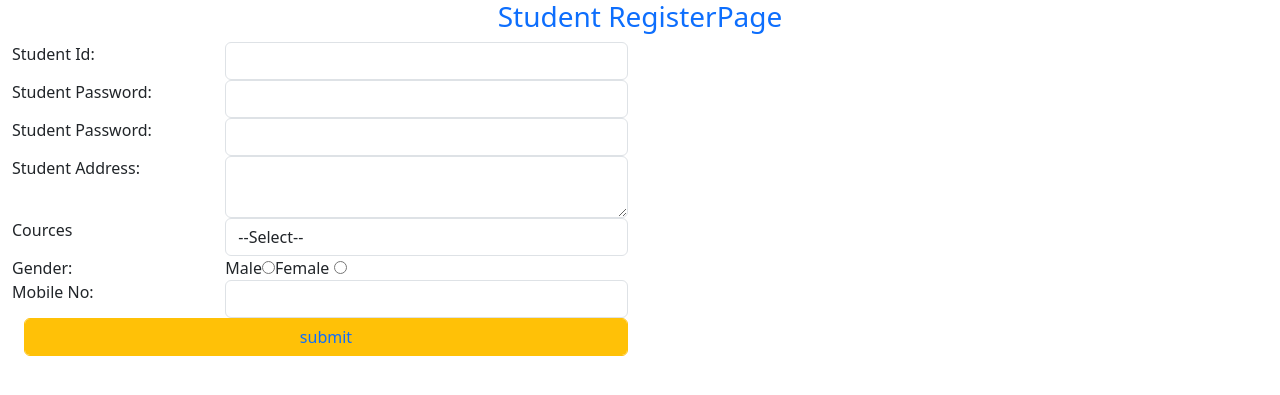
Repository: speaktwojitendra/WareHouseApp
Page: http://localhost/StudentRegister
An editor plug-in stored every save of this project. The page is shown before and after the next save, followed by the edit.
The browser window is 1280 px wide. The pictures show the whole page.
The page is this project's Thymeleaf template; nobody is signed in. The template is opened directly, without the code that normally fills it, so the values that code supplies are empty.

Above is the page before, as saved 2026-01-11 11:15:37.

After the next save:
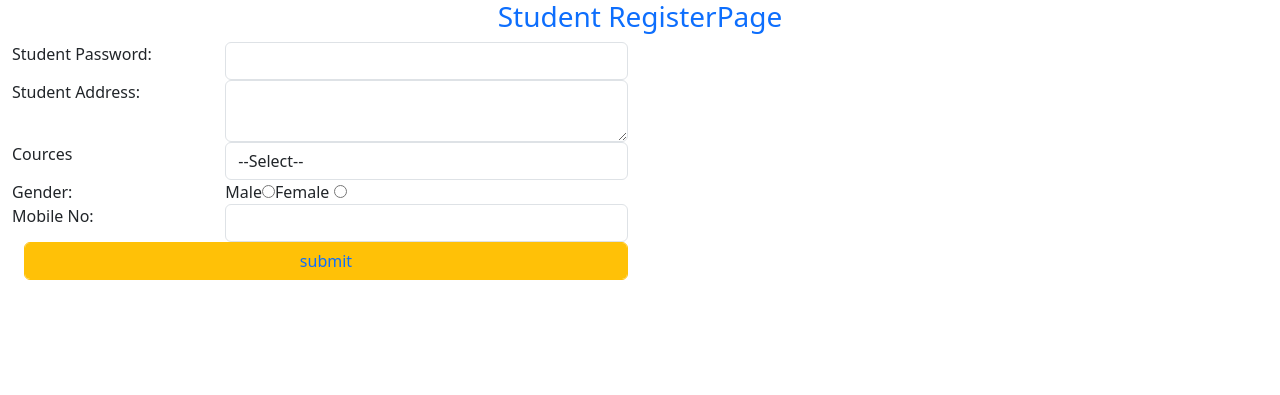
Saved 84 s later.
--- a/student1App/src/main/resources/templates/StudentRegister.html
+++ b/student1App/src/main/resources/templates/StudentRegister.html
@@ -13,12 +13,7 @@
 
 <form action="/student/save" method="post">
 
-<div class="row">
-<div class="col-2">Student Id:</div>
-<div class="col-4"> <input type="text" name="id" class="form-control">  </div>
-<div class="col-6" id="iderr"></div>
 
-</div>
 
 
 
@@ -30,12 +25,6 @@
 </div>
 
 
-<div class="row">
-<div class="col-2">Student Password:</div>
-<div class="col-4"> <input type="text" name="name" class="form-control">  </div>
-<div class="col-6" id="nameerr"></div>
-
-</div>
 
 
 <div class="row">
